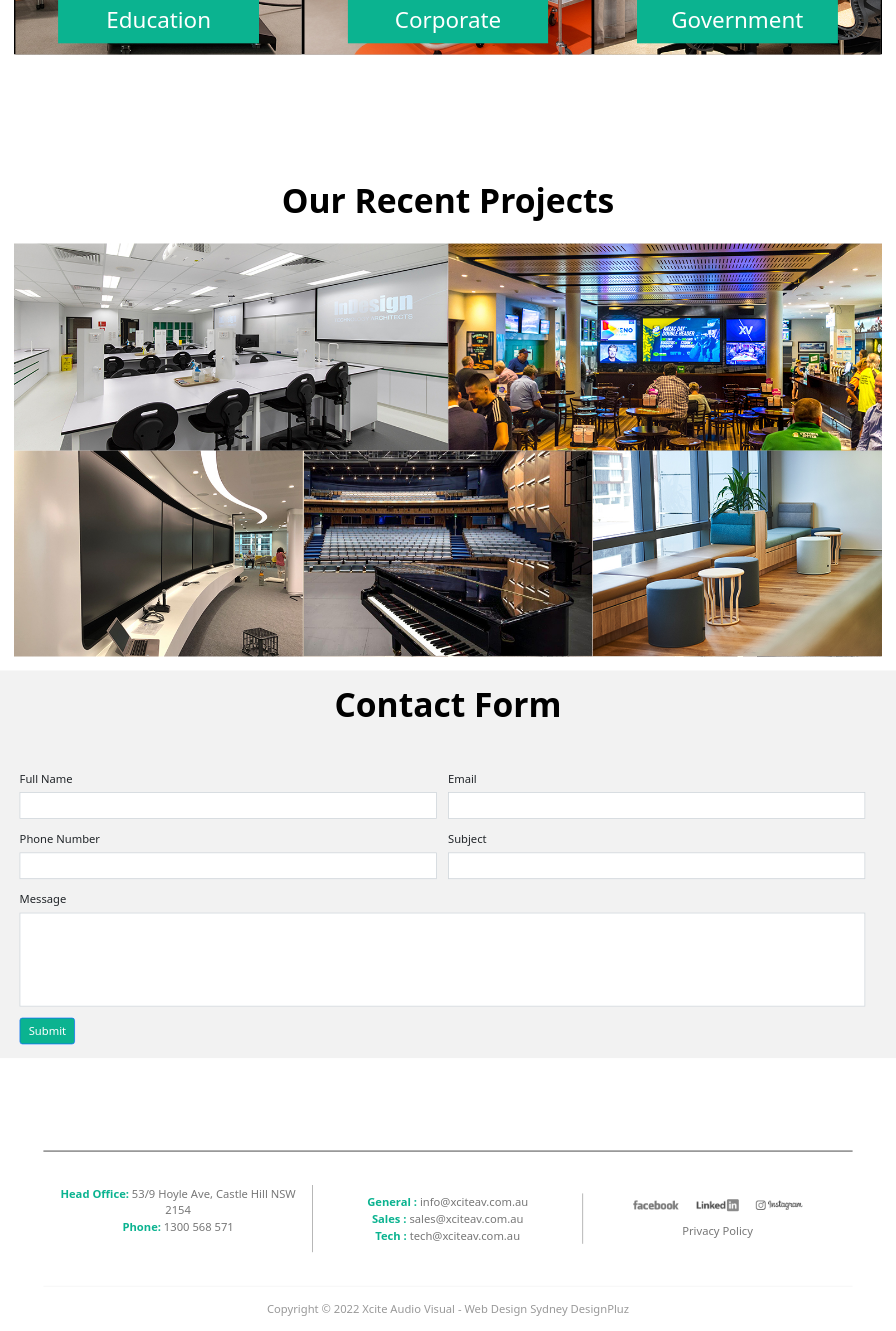
Repository: Imprasna/designplus
Page: index.html
These files come from the project's save history. The page is drawn as it stood at one moment and after a run of saves; the edit follows.
The browser window is 1280 px wide. The pictures show the part of the page from y = 1907 to 3827 px (the page is 3809 px tall before and 3827 px after), at 70% of full size.

Above is the page before, as saved 2022-03-17 00:34:00.

### index.html
<!DOCTYPE html>
<html lang="en">

<head>
  <meta charset="UTF-8">
  <meta http-equiv="X-UA-Compatible" content="IE=edge">
  <meta name="viewport" content="width=device-width, initial-scale=1.0">
  <link href="https://cdn.jsdelivr.net/npm/bootstrap@5.1.3/dist/css/bootstrap.min.css" rel="stylesheet"
    crossorigin="anonymous">
  <script src="https://cdn.jsdelivr.net/npm/bootstrap@5.1.3/dist/js/bootstrap.bundle.min.js" crossorigin="anonymous">
  </script>
  <link rel="stylesheet" href="style.css">
  <title>DesignPlus</title>
</head>

<body>

  <header>
    <div class="container-fluid">
      <nav class="navbar navbar-expand-lg navbar-light bg-light">
        <div class="container-fluid">
          <a class="navbar-brand" href="#"><img src="assets/Images/XCITEAV_logo.svg" alt=""></a>
          <button class="navbar-toggler" type="button" data-bs-toggle="collapse"
            data-bs-target="#navbarSupportedContent" aria-controls="navbarSupportedContent" aria-expanded="false"
            aria-label="Toggle navigation">
            <span class="navbar-toggler-icon"></span>
          </button>
          <div class="collapse navbar-collapse" id="navbarSupportedContent">
            <ul class="navbar-nav ms-auto mb-2 mb-lg-0">
              <li class="nav-item">
                <a class="nav-link active" aria-current="page" href="#">About</a>
              </li>
              <li class="nav-item">
                <a class="nav-link" href="#">Industries</a>
              </li>
              <li class="nav-item">
                <a class="nav-link" href="#">Xcite Care</a>
              </li>
              <li class="nav-item">
                <a class="nav-link" href="#">Projects</a>
              </li>
              <li class="nav-item">
                <a class="nav-link" href="#">Clients</a>
              </li>
              <li class="nav-item">
                <a class="nav-link" href="#">Contact Us</a>
              </li>
              <li class="nav-item tel-phone">
                <a href="tel:1300568571" class="nav-link">T: 1300 568 571</a>
              </li>
            </ul>
            <!-- <form class="d-flex">
                      <input class="form-control me-2" type="search" placeholder="Search" aria-label="Search">
                      <button class="btn btn-outline-success" type="submit">Search</button>
                    </form> -->
          </div>
        </div>
      </nav>
    </div>
  </header>

  <main>
    <section>
      <div class="container-fluid hero_sec">
        <img src="assets/Images/hero-banner.jpg" alt="">
        <p class="hero_texts">
          <span>Focused on</span> Providing reliable, robust solutions
        </p>
      </div>
    </section>

    <section>
      <div class="container-fluid second_sec">
        <div class="container-fluid">
          <div class="row second_sec-block">
            <div class="col-sm-5 col-md-6">
              <p>
                <span>Xcite Audio Visual</span> is a technology based company focused on providing reliable, robust
                solutions that enhance the user experience for our client's projects.
              </p>
              <p class="description">
                Since 2009, Xcite Audio Visual has been a leading audio visual integration specialist.
              </p>
              <a href="#">Read More</a>
            </div>
            <div class="col-sm-5 col-md-6 second_sec-img">
              <img src="assets/Images/about-ring.png" alt="">
              <p class="fifty">
                <span>50</span>
                years Experience
              </p>
            </div>
          </div>
        </div>
      </div>
    </section>

    <section>
      <div class="container-fluid industries">
        <div class="container-fluid">
          <div class="row industries_block">
            <h1>Industries</h1>
            <div class="col-md-4 g-1 align-items-end">
              <div class="card" style="width: 100%;">
                <img src="assets/Images/service_education.jpg" class="card-img-top" alt="...">
                <a href="#" class="btn btn-primary">Education</a>
                <!-- <div class="card-body">
                </div> -->
              </div>
            </div>
            <div class="col-md-4 g-1 align-items-end">
              <div class="card" style="width: 100%;">
                <img src="assets/Images/service_government.jpg" class="card-img-top" alt="...">
                <a href="#" class="btn btn-primary">Corporate</a>
                <!-- <div class="card-body">
                </div> -->
              </div>
            </div>
            <div class="col-md-4 g-1 align-items-end">
              <div class="card" style="width: 100%;">
                <img src="assets/Images/service_corporate.jpg" class="card-img-top" alt="...">
                <a href="#" class="btn btn-primary">Government</a>
                <!-- <div class="card-body">
                </div> -->
              </div>
            </div>
          </div>
        </div>
      </div>
    </section>

    <section>
      <div class="container-fluid third_sec">
        <div class="container-fluid">
          <div class="row third_sec-block">
            <h1>Our Recent Projects</h1>
            <div class="col-md-6 gx-0">
              <img src="assets/Images/recent_project_01.jpg" alt="">
            </div>
            <div class="col-md-6 gx-0">
              <img src="assets/Images/recent_project_02.jpg" alt="">
            </div>
          </div>
          <div class="row third_sec-block-2">
            <div class="col-md-4 gx-0">
              <img src="assets/Images/recent_project_03.jpg" alt="">
            </div>
            <div class="col-md-4 gx-0">
              <img src="assets/Images/recent_project_04.jpg" alt="">
            </div>
            <div class="col-md-4 gx-0">
              <img src="assets/Images/recent_project_05.jpg" alt="">
            </div>
          </div>
        </div>
      </div>
    </section>

    <section>
      <div class="container-fluid contact_sec">
        <div class="container-fluid">
          <div class="row">
            <h1>Contact Form</h1>
            <form class="row g-3">
              <div class="col-md-6">
                <label for="inputName4" class="form-label">Full Name</label>
                <input type="text" class="form-control" id="inputName4">
              </div>
              <div class="col-md-6">
                <label for="inputEmail4" class="form-label">Email</label>
                <input type="email" class="form-control" id="inputEmail4">
              </div>
              <div class="col-md-6">
                <label for="inputPhoneNumber4" class="form-label">Phone Number</label>
                <input type="number" class="form-control" id="inputPhoneNumber4">
              </div>
              <div class="col-md-6">
                <label for="inputSubject4" class="form-label">Subject</label>
                <input type="text" class="form-control" id="inputSubject4">
              </div>
              <div class="col-12">
                <label for="inputMessage4" class="form-label">Message</label>
                <textarea class="form-control" rows="5" id="inputSubject"type="text" class="form-control" id="inputMessage4"></textarea>
              </div>
              <div class="col-12">
                <button type="submit" class="btn btn-primary">Submit</button>
              </div>
            </form>
          </div>
        </div>
      </div>
    </section>

  </main>

  <footer>
    <div class="container-fluid footer_sec">
      <div class="container-fluid">
        <div class="row align-items-center footer_sec-block">
          <div class="line"></div>
            <div class="col-md-4 text-center top_sec">
              <p>Head Office: <a href="#">53/9 Hoyle Ave, Castle Hill NSW 2154</a></p>
              <p>Phone: <a href="tel:1300 568 571">1300 568 571</a></p>
              <p>&nbsp;</p>
            </div>
            <div class="col-md-4 text-center middle_sec">
              <p>General :<a href="#"> info@xciteav.com.au</a> </p>
              <p>Sales :<a href="#"> sales@xciteav.com.au</a> </p>
              <p>Tech :<a href="#"> tech@xciteav.com.au</a> </p>
            </div>
            <div class="col-md-4 text-center social_icons">
              <div>
                <img src="assets/Images/social-facebook-icon.png" alt="">
                <img src="assets/Images/social-linkedin-icon.png" alt="">
                <img src="assets/Images/social-instagram-icon.png" alt="">
              </div>
              <a href="#">Privacy Policy</a>
            </div>
            <div class="bottom-line"></div>
        </div>
      </div>
    </div>
    <div class="container-fluid copyright">
      <div class="container-fluid">
        <div class="row">
          <a href="#" class="text-center">Copyright &#169; 2022 Xcite Audio Visual - Web Design Sydney DesignPluz</a>
        </div>
      </div>
    </div>
  </footer>



</body>

</html>

### style.css
* {
    margin: 0;
    padding: 0;
    box-sizing: border-box;
}

html {
    scroll-behavior: smooth;
}


.hero_sec > img {
    width: 100%;
}

.container-fluid.hero_sec {
    padding: 0;
    position: relative;
}

p.hero_texts {
    position: absolute;
    top: 40%;
    left: 5%;
    font-size: 3.2rem;
    line-height: 1.3;
    font-weight: 700;
    color: #fff;
    max-width: 35%;
    width: 28%;
    z-index: 2;
}

p.hero_texts > span {
    position: relative;
    z-index: 2;
}

p.hero_texts > span::after {
    content: '';
    position: absolute;
    bottom: 7px;
    left: 0;
    width: 100%;
    height: 10px;
    background: #0BB390;
    z-index: -1;
}

.container-fluid.second_sec {
    padding: 20px;
    background: #fff;
}

.container-fluid.second_sec > .container-fluid {
    background: #f1f1f1;
}

.row.second_sec-block {
    display: flex;
    align-items: center;
    width: 95%;
    margin: 0 auto;
    padding: 4rem 0;
}

.row.second_sec-block > .col-sm-5.col-md-6 > p {
    font-size: 2.5rem;
    line-height: 1.3;
    font-weight: 600;
}

.row.second_sec-block > .col-sm-5.col-md-6 > p span {
    color: #0BB390;
}

.col-sm-5.col-md-6.second_sec-img {
    display: flex;
    justify-content: end;
    position: relative;
}

.row.second_sec-block > .col-sm-5.col-md-6 > p.description {
    font-size: 1.5rem;
    font-weight: 400;
}

.col-sm-5.col-md-6 > a {
    text-decoration: none;
    font-size: 1.1rem;
    font-weight: 700;
    color: #000;
    position: relative;
}

.col-sm-5.col-md-6 > a::after {
    content: '';
    position: absolute;
    height: 1px;
    width: 50px;
    background: #000;
    top: 13px;
    left: 110%;
}

.col-sm-5.col-md-6 > a::before {
    content: '';
    position: absolute;
    height: 13px;
    width: 13px;
    background: #99CF16;
    border-radius: 50%;
    left: 120%;
    top: 7px;
    z-index: 1;
}

.col-sm-5.col-md-6.second_sec-img > img {
    width: 60%;
    height: 100%;
}

.col-sm-5.col-md-6.second_sec-img > p.fifty {
    position: absolute;
    top: 6rem;
    left: 70%;
    display: flex;
    flex-direction: column;
    align-items: center;
    text-transform: uppercase;
    width: 1%;
    text-align: center;
    font-size: 2rem;
}

.col-sm-5.col-md-6.second_sec-img > p.fifty span {
    font-size: 3rem;
    font-weight: 700;
    color: #000;
}


.container-fluid.industries {
    background: #fff;
    padding: 20px 20px 0;
}

.container-fluid.industries > .container-fluid {
    background: #000;
}

.row.industries_block {
    padding-top: 10rem;
}

.row.industries_block > h1 {
    font-size: 3rem;
    font-weight: 700;
    color: #fff;
    text-align: center;
    margin-bottom: 2rem;
}

.card {
    border-radius: 0;
    position: relative;
    border: none;
}

.card > img {
    border-radius: 0;
}

a.btn.btn-primary {
    width: 70%;
    margin: 0 auto;
    padding: 10px 2px;
    position: absolute;
    bottom: 1rem;
    left: 15%;
    border-radius: 0;
    background: #0BB390;
    outline: none;
    border: none;
    font-size: 2rem;
    font-weight: 500;
}

a.btn.btn-primary::before {
    content: url(./assets/Images/service-shape.png);
    position: absolute;
    bottom: 3.5rem;
    left: 0;
    width: 100%;
}

.container-fluid.third_sec {
    padding: 20px;
    background: #fff;
}

.row.third_sec-block > .col-md-6.gx-0 > img {
    width: 100%;
}

.row.third_sec-block-2 > .col-md-4.gx-0 > img {
    width: 100%;
    height: auto;
}

.row.third_sec-block {
    padding-top: 10rem;
}

.row.third_sec-block > h1 {
    font-size: 3rem;
    font-weight: 700;
    color: #000;
    text-align: center;
    margin-bottom: 2rem;
}

.container-fluid.contact_sec {
    padding: 20px;
    background: #f2f2f2;
}

.container-fluid.contact_sec > .container-fluid > .row > h1 {
    font-size: 3rem;
    font-weight: 600;
    color: #000;
    text-align: center;
    margin-bottom: 2rem;
}

form.row.g-3 > .col-md-6 > input[type="text"],input[type="number"],input[type="email"] {
    border-radius: 0;
}

textarea#inputSubject {
    resize: none;
    border-radius: 0;
}

.container-fluid.contact_sec > .container-fluid > .row > form > .col-12 > button.btn.btn-primary {
    background: #0BB390;
}

.container-fluid.footer_sec {
    padding: 20px 20px 0;
    background: #fff;
}

.row.align-items-center.footer_sec-block {
    padding-top: 7rem;
    width: 95%;
    margin: 0 auto;
}

.line {
    width: 100%;
    height: 1px;
    background: #000;
    margin-bottom: 3rem;
}

.bottom-line {
    width: 100%;
    height: 1px;
    background: #f2f2f2;
    margin-top: 3rem;
}

.col-md-4.text-center.top_sec {
    height: 100%;
    border-right: 1px solid #999;
    position: relative;
}

.col-md-4.text-center.middle_sec {
    height: 100%;
    border-right: 1px solid #999;
    position: relative;
}

.col-md-4.text-center > p {
    color: #0BB390;
    font-weight: 600;
    margin-bottom: 0;
}

.col-md-4.text-center > p > a {
    font-weight: 400;
    color: #777;
    text-decoration: none;
}

.col-md-4.text-center.social_icons > div {
    display: flex;
    justify-content: center;
    gap: 1rem;
}

.col-md-4.text-center.social_icons > div > img {
    width: 20%;
    filter: grayscale(1);
    opacity: .7;
    margin-bottom: 15px;
}

.col-md-4.text-center.social_icons > a {
    text-decoration: none;
    font-size: 1rem;
    color: #777;
}

.container-fluid.copyright {
    padding: 20px;
    background: #fff;
    margin: 0;
}

.container-fluid.copyright > .container-fluid {
    background: #fff;
}

.container-fluid.copyright > .container-fluid  > .row > a {
    text-decoration: none;
    font-size: 1rem;
    color: #999;
}

After the next 5 saves:
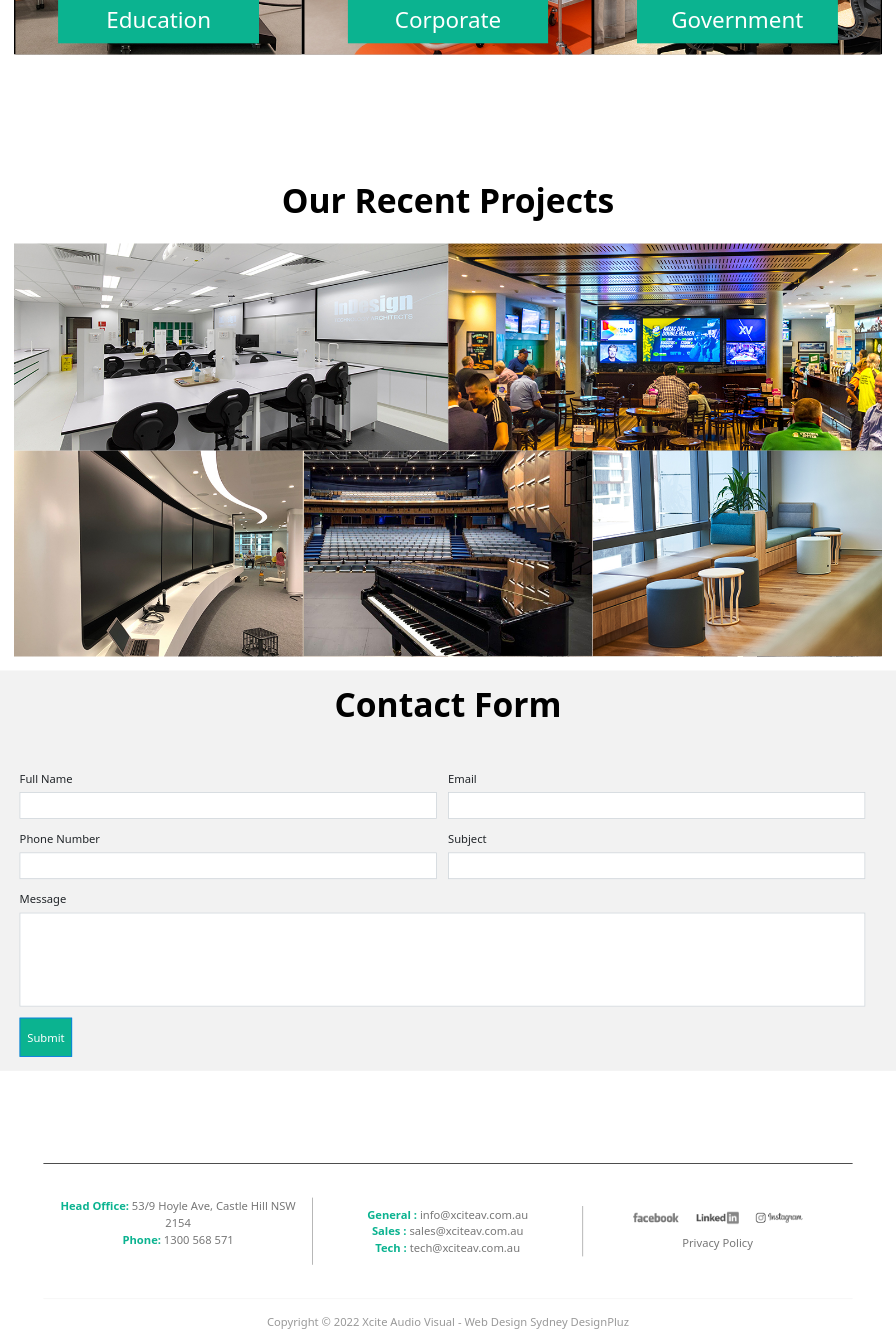
The 5 saves are shown as one change because they came seconds apart.
The last was saved 16 s later.
--- a/style.css
+++ b/style.css
@@ -244,6 +244,8 @@
 
 .container-fluid.contact_sec > .container-fluid > .row > form > .col-12 > button.btn.btn-primary {
     background: #0BB390;
+    padding: 15px 10px;
+    border-radius: 0;
 }
 
 .container-fluid.footer_sec {
